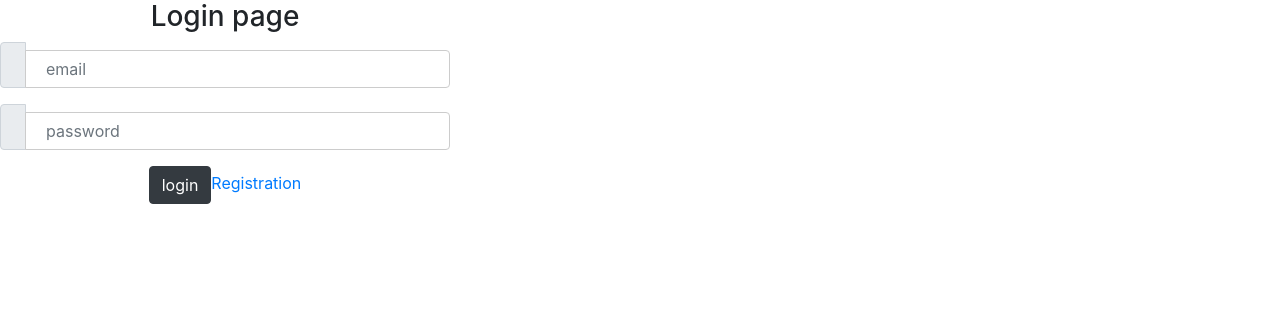
Repository: mugdha97/JSPServlet
Page: http://localhost/loginPage/login.jsp
An editor plug-in stored every save of this project. The page is shown before and after the next save, followed by the edit.
The browser window is 1280 px wide. The pictures show the whole page.
The page is served by Tomcat 9.

Above is the page before, as saved 2019-10-22 05:48:33.

After the next save:
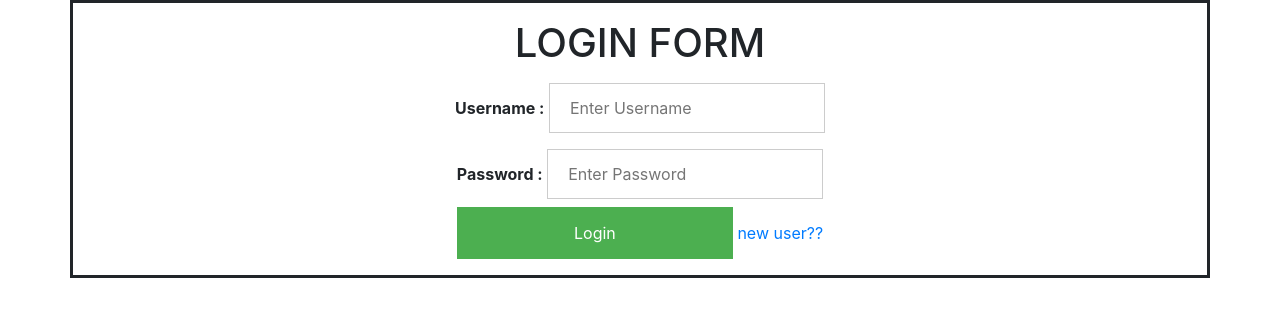
Saved 13 min 43 s later.
--- a/loginPage/WebContent/login.jsp
+++ b/loginPage/WebContent/login.jsp
@@ -17,31 +17,22 @@
 </head>
 
 <body>
+<center>
+
+<div class="container">
 <form action="login" method="post">
-		<div style='text-align: center'>
-			<fieldset style="width: 450px">
-				<h3>Login page</h3>
-				<div class="input-group mb-3">
-					<div class="input-group-prepend">
-						<span class="input-group-text" id="basic-addon1"></span>
-					</div>
-					<input type="text" class="form-control" name="email"
-						placeholder="email" aria-label="email"
-						aria-describedby="basic-addon1" required>
-				</div>
-				<div class="input-group mb-3">
-					<div class="input-group-prepend">
-						<span class="input-group-text" id="basic-addon1"></span>
-					</div>
-					<input type="password" class="form-control" name="password"
-						placeholder="password" aria-label="password"
-						aria-describedby="basic-addon1" required>
-				</div>
+		<div><h1> LOGIN FORM</h1></div>
+      <label for="uname"><b>Username : </b></label>
+      <input type="text" placeholder="Enter Username" name="uname" required><br>
 
-				<input type="submit" value="login" class="btn btn-dark"><a
-					href="register.jsp">Registration</a>
-			</fieldset>
-		</div>
-	</form>
+      <label for="psw"><b>Password : </b></label>
+      <input type="password" placeholder="Enter Password" name="password" required><br>
+
+      <button type="submit"value="login">Login</button>
+     <a href="Registration.jsp">new user??</a>
+     </form>
+    </div>
+
+    </center>
 </body>
 </html>
